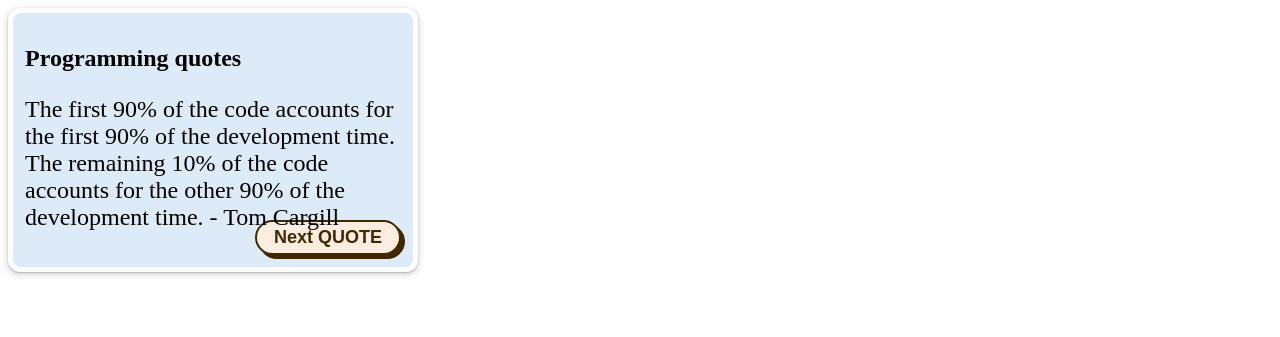
Repository: JasonMorta/programingQuotes-chromeExtension
Page: popup.html
The author's editor kept a copy of each file at every save. The page is drawn from the files as they stood at one save, then again after the next save.
The browser window is 1280 px wide. The pictures show the whole page.

Above is the page before, as saved 2023-05-07 13:24:52.

After the next save:
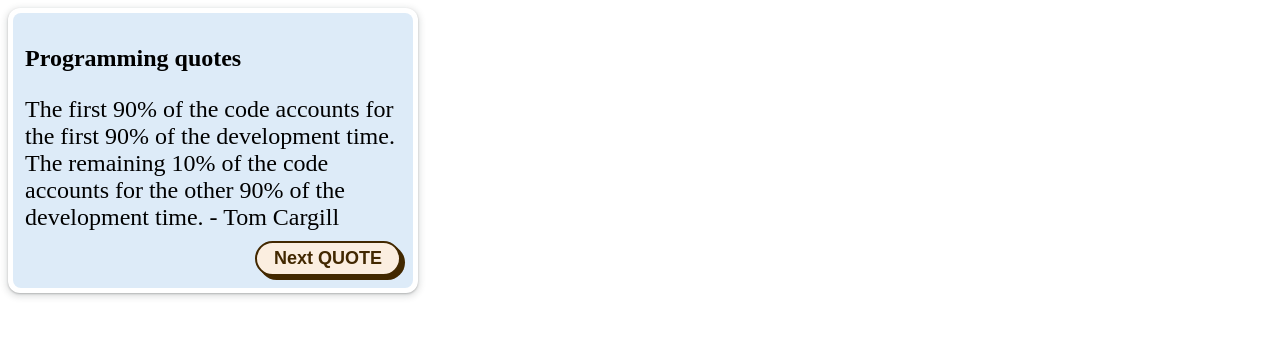
Saved 75 s later.
--- a/buttonStyle.css
+++ b/buttonStyle.css
@@ -11,6 +11,7 @@
     height: 35px;
     width: 146px;
     padding: 0 15px;
+    margin-top: 45px;
     line-height: 50px;
     text-align: center;
     text-decoration: none;
@@ -22,7 +23,6 @@
     justify-content: center;
     align-items: center;
     margin-left: auto;
-}
 
 .button-74:hover {
   background-color: #fff;
